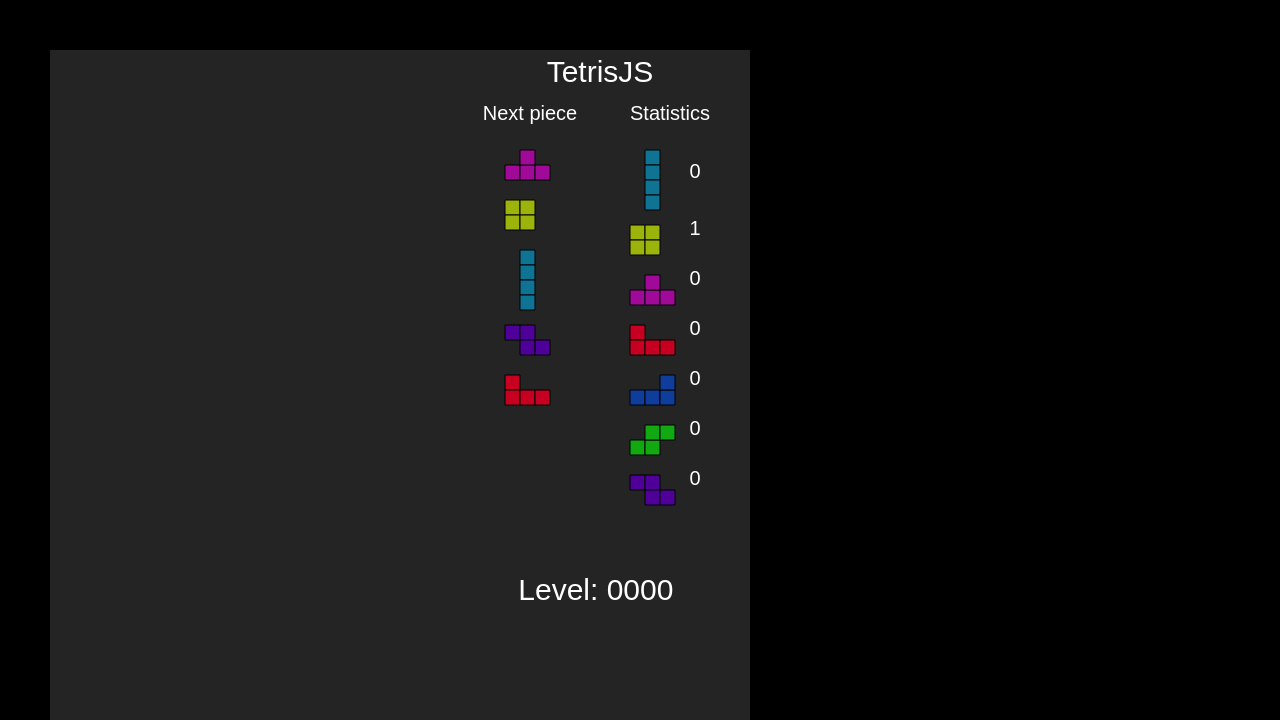
Repository: hosua/TetrisJS
Page: index.html
The author's editor kept a copy of each file at every save. The page is drawn from the files as they stood at one save, then again after the next save.
The browser window is 1280 px wide. The pictures show the whole page.

Above is the page before, as saved 2023-11-07 20:09:01.
Console error: TypeError: Cannot read properties of undefined (reading 'toString')

### index.html
<html lang="en">
	<link rel="stylesheet" href="style.css">
	<head>
		<meta charset="UTF-8" />
		<meta name="viewport" content="width=device-width, initial-scale=1.0" />
		<title>TetrisJS</title>
	</head>
	<body>
		<canvas id="background-canvas" width="700" height="800"></canvas>
		<canvas id="tetris-canvas" width="400" height="800"></canvas>

		<script type="module" src="./src/main.js"></script>
	</body>
</html>

### src/main.js
import { GFX, Tetris, Tetronimo, P_TYPE, KEY } from "./Tetris.js"

const FALL_TICK = 200; // If we ever implement levels, this determines the difficulty
const DELAY_TICK = 200; // additional wait time after a piece lands
const CLEAR_DELAY = 200; // additional wait time before a line is cleared

let gfx = new GFX();
let tetris = new Tetris(15);

function handle_input(e) {
	let keycode = e.keyCode;
	console.log(`Pressing ${keycode}`);
	switch (keycode) {
		case KEY.LEFT:
		case KEY.RIGHT:
		case KEY.DOWN:
			tetronimo.move(keycode, tetris);
			break;
		case KEY.X:
		case KEY.Z:
			tetronimo.rotate(keycode, tetris);
			break;
		case KEY.SPACE:
			tetronimo.hard_drop(tetris);
			break;
	}
	gfx.draw_all_game_elements(tetris.grid, tetronimo);
}

document.addEventListener('keydown', (e) => { return handle_input(e); });

let tetronimo = tetris.queue.shift();
tetris.piece_counter[tetronimo.type]++;

while (true) {
	while (!tetris.check_gameover()) {
		gfx.draw_ui_all(tetris);
		while (tetronimo.fall(tetris.grid)) {
			gfx.draw_all_game_elements(tetris.grid, tetronimo);
			await new Promise(resolve => setTimeout(resolve, tetris.fall_tick));
			console.log(`fall tick: ${tetris.fall_tick}`);
		}
		tetronimo = tetris.queue.shift();
		tetris.queue.push(tetris.spawn_rand_piece());
		tetris.piece_counter[tetronimo.type]++;

		let lines_cleared_this_turn = tetris.clear_lines();
		if (lines_cleared_this_turn > 0) {
			await new Promise(resolve => setTimeout(resolve, CLEAR_DELAY));
			gfx.draw_all_game_elements(tetris.grid, tetronimo);
			tetris.score_keeper(lines_cleared);
		}
		await new Promise(resolve => setTimeout(resolve, DELAY_TICK));
	}
	gfx = new GFX();
	tetris = new Tetris();
}

### src/Tetris.js
const bg_canvas = document.getElementById("background-canvas");
const tetris_canvas = document.getElementById("tetris-canvas");

const BG_COLOR = "#242424";
const FIELD_COLOR = "grey";
const PLAYFIELD_YMAX = 25;
const PLAYFIELD_XMAX = 10;
const Y_OFF = 5;

export const KEY = {
	SPACE: 32, 								// hard drop
	LEFT: 37, UP: 38, RIGHT: 39, DOWN: 40,  // move piece
	C: 67, 									// hold piece
	P: 80, 									// pause
	X: 88, 									// rotate right
	Z: 90, 									// rotate left
};

export const P_TYPE = {
	NONE: 0,
	I: 1, O: 2, T: 3, S: 4,
	Z: 5, J: 6, L: 7,
}

const P_COLORS = {
	[P_TYPE.I]: "#0f7394", [P_TYPE.O]: "#9cb30b", [P_TYPE.T]: "#a10a99",
	[P_TYPE.S]: "#11a811", [P_TYPE.Z]: "#4f0099", [P_TYPE.J]: "#c70021",
	[P_TYPE.L]: "#0e3d9c",
}

export class Tetronimo {
	constructor(piece_type) {
		this.type = piece_type;
		this.origin = [0, 0];
		this.blocks = Array(4).fill([0, 0]); // block positions relative to origin
		this.spawn_piece();
	}

	print() {
		console.log(this.origin);
		console.log(this.blocks);
	}

	// Since collision detection can usually be solved by checking mins and maxes, some helper methods
	// for getting them are implemented
	min_x() {
		let res = Number.MAX_SAFE_INTEGER;
		for (let block of this.blocks)
			res = Math.min(res, block[0] + this.origin[0]);
		return res;
	}

	max_x() {
		let res = Number.MIN_SAFE_INTEGER;
		for (let block of this.blocks)
			res = Math.max(res, block[0] + this.origin[0]);
		return res;
	}

	min_y() {
		let res = Number.MAX_SAFE_INTEGER;
		for (let block of this.blocks)
			res = Math.min(res, block[1] + this.origin[1]);
		return res;
	}

	max_y() {
		let res = Number.MIN_SAFE_INTEGER;
		for (let block of this.blocks)
			res = Math.max(res, block[1] + this.origin[1]);
		return res;
	}

	// check if valid move by making a copy of the tetronimo's new position and checking if there is
	// any overlap with the grid.
	// Returns true if the new move is valid
	check_move(grid, dx, dy) {
		for (let block of this.blocks) {
			let nx = this.origin[0] + dx + block[0];
			let ny = this.origin[1] + dy + block[1];
			if (grid[ny][nx] !== P_TYPE.NONE)
				return false;
		}
		return true;
	}

	spawn_piece() {
		this.origin = [5, 4];
		switch (this.type) {
			case P_TYPE.I:
				this.blocks = [[0, -1], [0, 0], [0, 1], [0, 2]];
				break;
			case P_TYPE.O:
				this.blocks = [[-1, -1], [-1, 0], [0, -1], [0, 0]];
				break;
			case P_TYPE.T:
				this.blocks = [[-1, 0], [0, 0], [1, 0], [0, -1]];
				break;
			case P_TYPE.S:
				this.blocks = [[-1, 0], [0, 0], [0, -1], [1, -1]];
				break;
			case P_TYPE.Z:
				this.blocks = [[-1, -1], [0, -1], [0, 0], [1, 0]];
				break;
			case P_TYPE.J:
				this.blocks = [[-1, -1], [-1, 0], [0, 0], [1, 0]];
				break;
			case P_TYPE.L:
				this.blocks = [[-1, 0], [0, 0], [1, 0], [1, -1]];
				break;
		}
	}

	// This will check the grid to see if the piece can fall down. If it can, it will move piece down once.
	// returns true if still falling
	fall(grid) {
		let can_fall = true;
		for (let block of this.blocks) {
			let x = this.origin[0] + block[0];
			let y = this.origin[1] + block[1];
			// console.log(x, y);
			// check if min y pos is at bottom
			if (y === PLAYFIELD_YMAX - 1) { // at bottom
				can_fall = false;
			} else if (grid[y + 1][x] !== P_TYPE.NONE) { // if below piece is non-empty
				can_fall = false;
			}
			if (!can_fall)
				break;
		}


		if (can_fall) {
			// move down
			this.origin[1] += 1;
		} else {
			// set to grid
			for (let block of this.blocks) {
				let x = this.origin[0] + block[0];
				let y = this.origin[1] + block[1];
				grid[y][x] = this.type;
			}
		}

		return can_fall;
	}

	move(keycode, tetris) {

		switch (keycode) {
			case KEY.LEFT:
				if (this.min_x() > 0 && this.check_move(tetris.grid, -1, 0))
					this.origin[0]--;
				break;
			case KEY.DOWN:
				if (this.max_y() < PLAYFIELD_YMAX - 1 && this.check_move(tetris.grid, 0, +1)) {
					this.origin[1]++;
					tetris.score += 1; // This will add 1 extra point for every block hard/soft dropped.
				}
				break;
			case KEY.RIGHT:
				if (this.max_x() < PLAYFIELD_XMAX - 1 && this.check_move(tetris.grid, +1, 0))
					this.origin[0]++;
				break;
			case KEY.UP: // This should be removed when were no longer testing
				if (this.max_y() > 0 && this.check_move(tetris.grid, 0, -1))
					this.origin[1]--;
				break;
			default:
				console.log("Error: Move has wrong key: ", keycode);
				break;
		}
	}

	rotate(keycode, tetris) {
		// We cannot rotate O
		if (this.type === P_TYPE.O)
			return;

		// Returns the rotated version of the blocks.
		const get_rotated = (keycode) => {
			// This is a separate function because we want a copy of the rotated
			// piece before actually rotating it to check if the rotation overlaps
			// with another piece, or falls outside the boundaries of the tetris.grid.
			let rotated = this.blocks.map((coord) => { return coord.slice() }); // create hard copy
			if (keycode === KEY.Z) {
				for (let coord of rotated) {
					let x = coord[0];
					let y = coord[1];
					coord[0] = y;
					coord[1] = -x;
				}
			} else if (keycode === KEY.X) {
				for (let coord of rotated) {
					let x = coord[0];
					let y = coord[1];
					coord[0] = -y;
					coord[1] = x;
				}
			}
			return rotated;
		}

		let can_rotate = true;
		let rotated = get_rotated(keycode);
		for (let rot of rotated) {
			let rx = this.origin[0] + rot[0];
			let ry = this.origin[1] + rot[1];
			// first, check if rotated position is within the boundaries of the grid
			if (rx < 0 || rx >= PLAYFIELD_XMAX || ry < 0 || ry >= PLAYFIELD_YMAX) {
				can_rotate = false;
				break;
			}
			// second, check if the rotated position overlaps with any
			// other pieces already on the grid
			if (tetris.grid[ry][rx] !== P_TYPE.NONE) {
				can_rotate = false;
				break;
			}
		}
		if (can_rotate)
			this.blocks = rotated;
	}

	hard_drop(tetris) {
		while (this.fall(tetris.grid)) {
			this.move(KEY.DOWN, tetris);
		}
	}
}

// Actual Tetris Logic
export class Tetris {
	constructor(start_level = 0) {
		this.grid = Array(PLAYFIELD_YMAX).fill().map(
			() => Array(PLAYFIELD_XMAX).fill(P_TYPE.NONE)
		);
		this.piece_counter = { [P_TYPE.I]: 0, [P_TYPE.O]: 0, [P_TYPE.T]: 0, [P_TYPE.J]: 0, [P_TYPE.L]: 0, [P_TYPE.S]: 0, [P_TYPE.Z]: 0 }

		this.score = 0;
		this.level = start_level;
		this.lines_cleared = 0;
		this.tetris_count = 0;
		this.fall_tick = 0; // ms per grid
		this.update_fall_speed();

		this.queue = [];
		this.populate_queue()
	}

	print_grid() { console.log(this.grid); }

	populate_queue(n = 10) {
		this.queue = [];
		for (let i = 0; i < n; i++)
			this.queue.push(this.spawn_rand_piece())
	}

	// If any pieces land above where the game renders, it's game over
	check_gameover() {
		for (let y = 3; y < 5; y++) {
			for (let x = 0; x < PLAYFIELD_XMAX; x++) {
				if (this.grid[y][x] !== P_TYPE.NONE) {
					console.log("Game over!");
					return true;
				}
			}
		}
		return false;
	}

	spawn_rand_piece() {
		let rand_type = Math.round(Math.random() * (P_TYPE.L - 1) + 1);
		return new Tetronimo(rand_type);
	}

	// checks and clears all full lines, returns how many lines were cleared
	clear_lines() {
		console.log("Checking for full lines");
		let lines_cleared = 0;
		// Do a downward scan to see if line is full
		for (let y = 5; y < PLAYFIELD_YMAX; y++) {
			console.log(`y: ${y}`);
			let is_full = true;

			// scan the line
			for (let x = 0; x < PLAYFIELD_XMAX; x++) {
				if (this.grid[y][x] === P_TYPE.NONE) {
					is_full = false;
					break;
				}
			}

			if (is_full) {
				console.log(`Detected full line at ${y}`);
				// clear the current line
				for (let x = 0; x < PLAYFIELD_XMAX; x++) {
					this.grid[y][x] = P_TYPE.NONE;
				}
				// shift all lines above from current y coordinate down 1
				for (let yy = y; yy >= 5; yy--) {
					this.grid[yy] = this.grid[yy - 1]
				}
				lines_cleared++; // will be used for scoring when it's implemented
			}
		}
		return lines_cleared;
	}

	score_keeper(lines_cleared) {
		// n = level
		// 1 line 		2 line 			3 line 			4 line
		// 40 * (n + 1)	100 * (n + 1)	300 * (n + 1)	1200 * (n + 1)
		switch (lines_cleared) {
			case 1:
				this.score += 40 * (this.level + 1);
				break;
			case 2:
				this.score += 100 * (this.level + 1);
				break;
			case 3:
				this.score += 300 * (this.level + 1);
				break;
			case 4:
				this.score += 1200 * (this.level + 1);
				break;
		}
	}

	// When level up happens, speed up the fall speed.
	update_fall_speed() {
		if (this.level < 9)
			this.fall_tick = (48 - (5 * (this.level + 1))) * 61;
		else if (this.level == 9)
			this.fall_tick = 6 * 61;
		else if (this.level < 13)
			this.fall_tick = 5 * 61;
		else if (this.level < 16)
			this.fall_tick = 4 * 61;
		else if (this.level < 16)
			this.fall_tick = 3 * 61;
		else if (this.level < 19)
			this.fall_tick = 2 * 61;
		else
			this.fall_tick = 1 * 61;
	}
}

// Tetronimo objects for drawing UI
const TET_UI = [
	new Tetronimo(P_TYPE.I),
	new Tetronimo(P_TYPE.O),
	new Tetronimo(P_TYPE.T),
	new Tetronimo(P_TYPE.J),
	new Tetronimo(P_TYPE.L),
	new Tetronimo(P_TYPE.S),
	new Tetronimo(P_TYPE.Z),
]

export class GFX {
	constructor() {
		bg_canvas.style.position = "absolute";
		tetris_canvas.style.position = "absolute";
		bg_canvas.style.top = "50";
		bg_canvas.style.left = "50";
		tetris_canvas.style.top = "50";
		tetris_canvas.style.left = "50";
		this.ui_offset = tetris_canvas.width;
		this.ui_width = bg_canvas.width - tetris_canvas.width;
	}


	draw_playfield() {
		const ctx = tetris_canvas.getContext("2d");
		ctx.fillStyle = FIELD_COLOR;
		ctx.fillRect(0, 0, tetris_canvas.width, tetris_canvas.height);
	}

	draw_gridlines() {
		const ctx = tetris_canvas.getContext("2d");
		const horiz_inc = tetris_canvas.height / 20;
		const vert_inc = tetris_canvas.width / 10;

		// Draw horizontal lines
		for (let y = 0; y < tetris_canvas.height; y += horiz_inc) {
			ctx.beginPath();
			ctx.moveTo(0, y);
			ctx.lineTo(tetris_canvas.width, y);
			ctx.stroke();
		}
		// Draw vertical lines
		for (let x = 0; x < tetris_canvas.width; x += vert_inc) {
			ctx.beginPath();
			ctx.moveTo(x, 0);
			ctx.lineTo(x, tetris_canvas.height);
			ctx.stroke();
		}
	}

	// Draw the actual pieces and shit on the 2d grid (except the piece currently in motion)
	draw_grid_elements(grid) {
		const ctx = tetris_canvas.getContext("2d");
		const horiz_inc = tetris_canvas.height / 20;
		const vert_inc = tetris_canvas.width / 10;

		for (let y = PLAYFIELD_YMAX - 1; y >= PLAYFIELD_YMAX - 20; y--) {
			for (let x = 0; x < PLAYFIELD_XMAX; x++) {
				// dx, dy are drawing coords
				let dx = x * horiz_inc;
				let dy = (y - Y_OFF) * vert_inc;
				if (grid[y][x] != P_TYPE.NONE) {
					ctx.fillStyle = P_COLORS[grid[y][x]];
					ctx.beginPath();
					ctx.rect(dx, dy, horiz_inc, vert_inc);
					ctx.fill();
					ctx.stroke();
				}
			}
		}
	}

	// this will draw the tetronimo in motion
	// We are avoiding putting the tetronimo on the actual grid until it lands, this way we don't
	// have to handle creating and destroying the blocks every time it shifts down once.
	draw_falling_tetronimo(tetronimo) {
		const ctx = tetris_canvas.getContext("2d");
		const horiz_inc = tetris_canvas.height / 20;
		const vert_inc = tetris_canvas.width / 10;

		let origin = tetronimo.origin;
		let blocks = tetronimo.blocks;
		let p_type = tetronimo.type;

		ctx.fillStyle = P_COLORS[p_type];
		for (let block of blocks) {
			let dx = (origin[0] + block[0]) * horiz_inc;
			let dy = (origin[1] + block[1] - Y_OFF) * vert_inc;
			ctx.beginPath();
			ctx.rect(dx, dy, horiz_inc, vert_inc);
			ctx.fill();
			ctx.stroke();
		}
	}

	draw_all_game_elements(grid, tetronimo) {
		// this.draw_background();
		this.draw_playfield();
		this.draw_grid_elements(grid);
		this.draw_gridlines();
		this.draw_falling_tetronimo(tetronimo);
	}

	/* UI drawing methods below */

	draw_ui_all(tetris) {
		this.draw_ui_background();
		this.draw_ui_text("TetrisJS", 30, this.ui_offset + (this.ui_width / 2), 32);
		this.draw_ui_stats(tetris.piece_counter);
		this.draw_ui_queue(tetris);
		this.draw_ui_text("Made by Hoswoo", 20, this.ui_offset + (this.ui_width / 2), bg_canvas.height - 15);
		this.draw_ui_score(tetris);
		this.draw_ui_level(tetris);
		this.draw_lines_cleared(tetris);
	}

	draw_ui_background() {
		const ctx = bg_canvas.getContext("2d");
		ctx.fillStyle = BG_COLOR;
		ctx.fillRect(0, 0, bg_canvas.width, bg_canvas.height);
	}

	draw_ui_mini_piece(tetronimo, x, y) {
		const ctx = bg_canvas.getContext("2d");
		const dim = 15;
		const x_off = -100;
		const y_off = -625;

		let origin = tetronimo.origin;
		let blocks = tetronimo.blocks;
		let p_type = tetronimo.type;

		ctx.fillStyle = P_COLORS[p_type];

		for (let block of blocks) {
			let dx = x + x_off + (origin[0] + block[0]) * dim;
			let dy = y + y_off + (origin[1] + block[1]) * dim;
			ctx.beginPath();
			ctx.rect(dx, dy, dim, dim);
			ctx.fill();
			ctx.stroke();
		}
	}

	draw_ui_text(text, size, x, y) {
		const ctx = bg_canvas.getContext("2d");
		ctx.font = size.toString() + "px Arial";
		ctx.textAlign = "center";
		ctx.fillStyle = "white";
		ctx.fillText(text, x, y);
	}

	draw_ui_queue(tetris, count = 5) { // Draw 'count' next pieces
		let x = this.ui_offset + 80;
		let y = this.ui_offset + 280;
		let y_inc = 50;

		this.draw_ui_text("Next piece", 20, x, 70);
		for (let i = 0; i < count; i++) {
			let piece = tetris.queue[i];
			this.draw_ui_mini_piece(piece, x + 15, y);
			if (piece.type == P_TYPE.I)
				y += 25;
			y += y_inc;
		}
	}

	draw_ui_stats(piece_counter) {
		let x = this.ui_offset + 220;
		let x_gap = 25;
		let y = this.ui_offset + 355;
		let y_inc = 50;
		let i_piece = TET_UI[0];

		this.draw_ui_text("Statistics", 20, x, 70);
		this.draw_ui_mini_piece(i_piece, x, this.ui_offset + 280);
		this.draw_ui_text(piece_counter[P_TYPE.I].toString(), 20, x + x_gap, 128);

		let dy = 185;
		let dy_inc = 50;
		for (let i = 1; i < TET_UI.length; i++) {
			let piece = TET_UI[i];
			this.draw_ui_mini_piece(piece, x, y);
			this.draw_ui_text(piece_counter[piece.type], 20, x + x_gap, dy);
			y += y_inc;
			dy += dy_inc;
		}
	}

	draw_ui_score(tetris) {
		let x = this.ui_offset + 100;
		let y = 725;
		let y_inc = 25;
		this.draw_ui_text(`SCORE`, 20, x - 48, y);
		this.draw_ui_text(`${tetris.score.toString().padStart(10, '0')}`, 30, x, y + y_inc);
	}

	draw_ui_level(tetris) {
		let x = this.ui_offset + 285;
		let y = 725;
		let y_inc = 25;
		this.draw_ui_text(`LEVEL`, 20, x - 48, y);
		this.draw_ui_text(`${tetris.level.toString().padStart(2, '0')}`, 30, x - 65, y + y_inc);
	}

	draw_lines_cleared(tetris) { // also displays tetris count
		let x = this.ui_offset + 150;
		let y = 550;
		let y_inc = 50;
		this.draw_ui_text(`Level: ${tetris.lines_cleared.toString().padStart(4, '0')} `, 30, x, y);
		this.draw_ui_text(`Tetris: `)
	}
}

Loaded but not shown: style.css (common file)

After the next save:
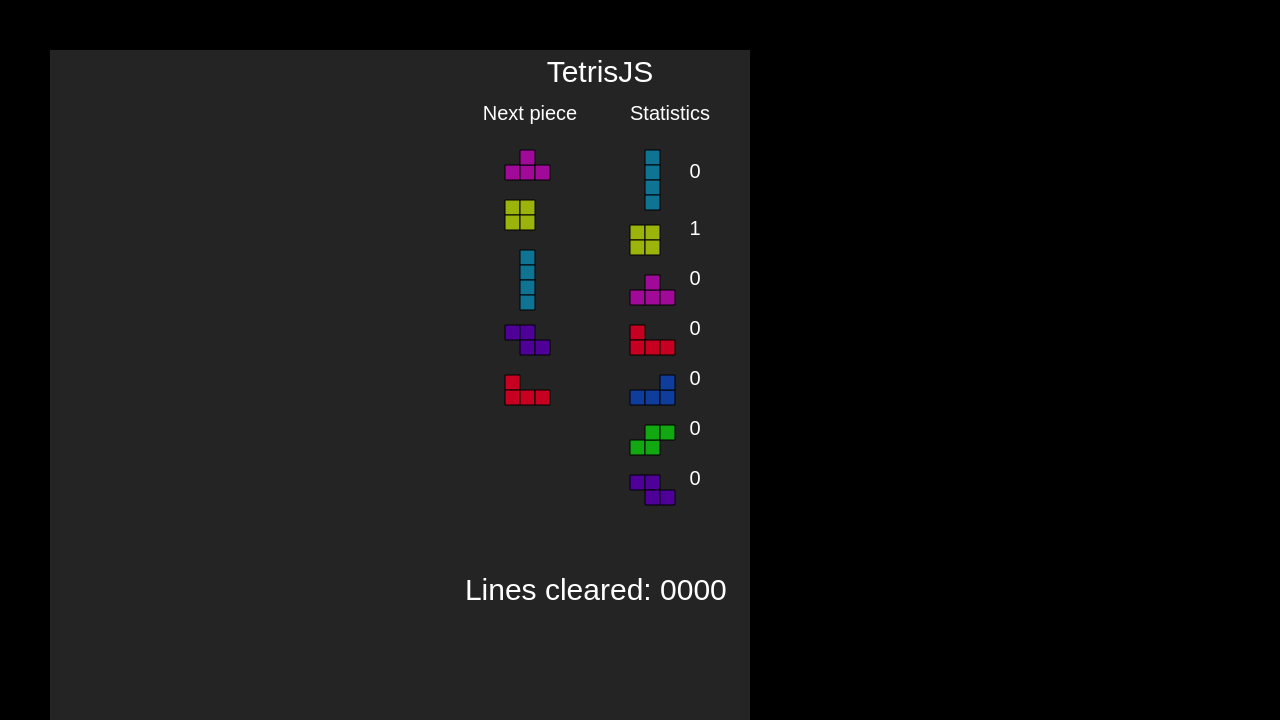
Saved 12 s later.
--- a/src/Tetris.js
+++ b/src/Tetris.js
@@ -556,7 +556,7 @@
 		let x = this.ui_offset + 150;
 		let y = 550;
 		let y_inc = 50;
-		this.draw_ui_text(`Level: ${tetris.lines_cleared.toString().padStart(4, '0')} `, 30, x, y);
+		this.draw_ui_text(`Lines cleared: ${tetris.lines_cleared.toString().padStart(4, '0')} `, 30, x, y);
 		this.draw_ui_text(`Tetris: `)
 	}
 }
